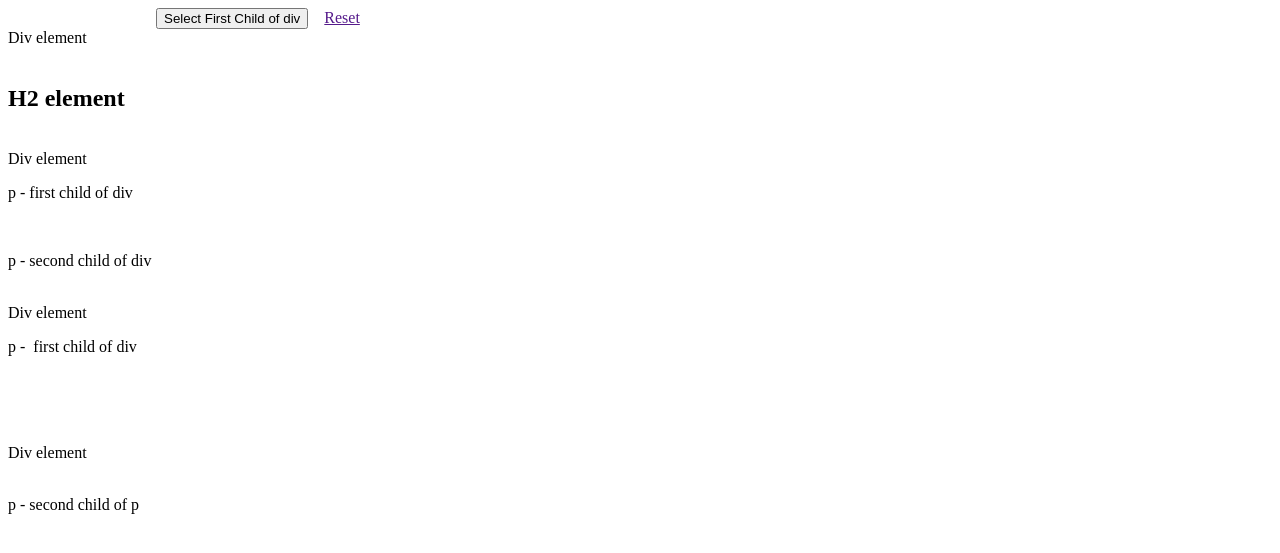
Repository: sujay-a-v/FunctionalPrograms
Page: Sujay/jQuery/jQueryExample/WebContent/CombiningSelector.html
The author's editor kept a copy of each file at every save. The page is drawn from the files as they stood at one save, then again after the next save.
The browser window is 1280 px wide. The pictures show the whole page.
Some web libraries are served in a nearby version.

Above is the page before, as saved 2017-10-25 05:47:36.

After the next save:
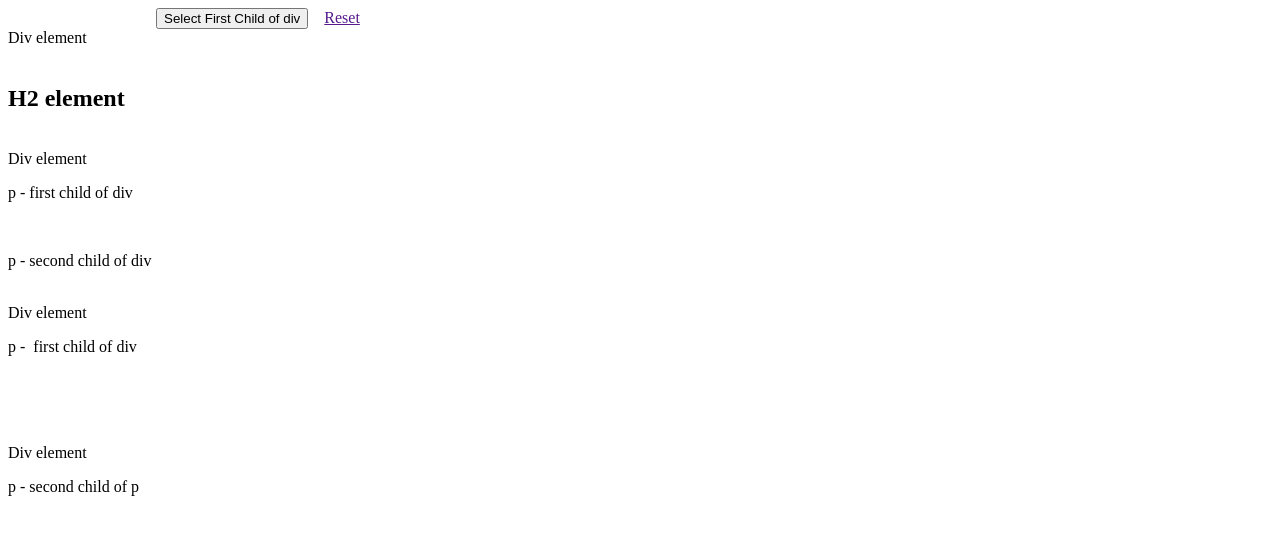
Saved 73 s later.
--- a/Sujay/jQuery/jQueryExample/WebContent/CombiningSelector.html
+++ b/Sujay/jQuery/jQueryExample/WebContent/CombiningSelector.html
@@ -49,9 +49,9 @@
 
    <div>
 
-        <div class='abc'>Div element</div>
+        <div class='abc'>Div element
 
-        <p class='abc'>p - second child of p</p>
+        <p class='abc'>p - second child of p</p>  </div>
 
    </div>
 

After the save that followed:
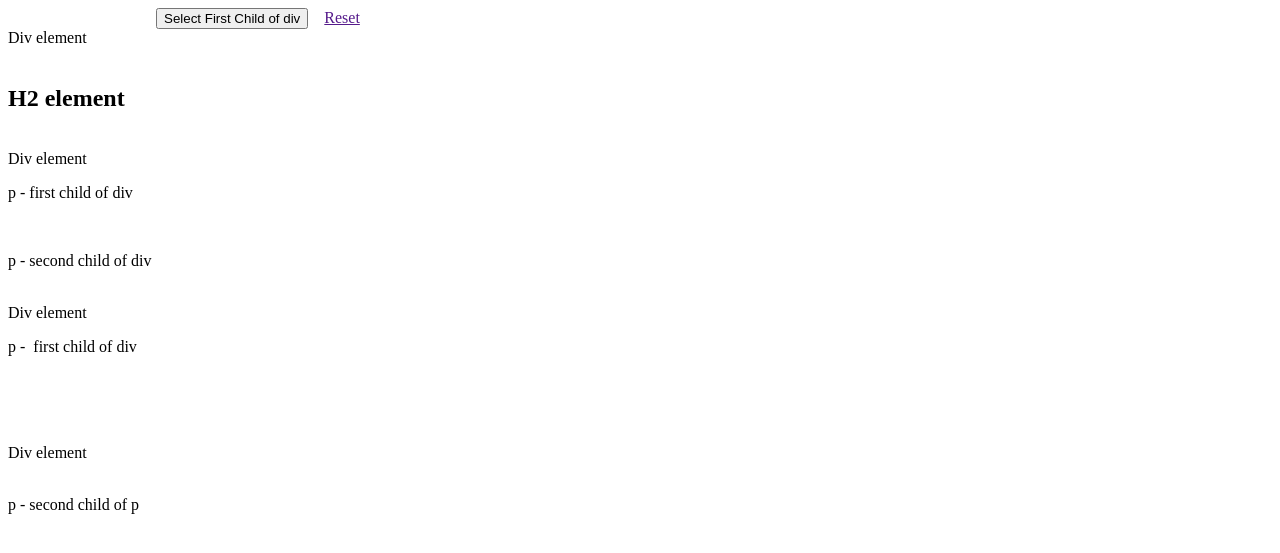
Saved 26 s later.
--- a/Sujay/jQuery/jQueryExample/WebContent/CombiningSelector.html
+++ b/Sujay/jQuery/jQueryExample/WebContent/CombiningSelector.html
@@ -49,9 +49,9 @@
 
    <div>
 
-        <div class='abc'>Div element
+        <div class='abc'>Div element</div>
 
-        <p class='abc'>p - second child of p</p>  </div>
+        <p class='abc'>p - second child of p</p>
 
    </div>
 
